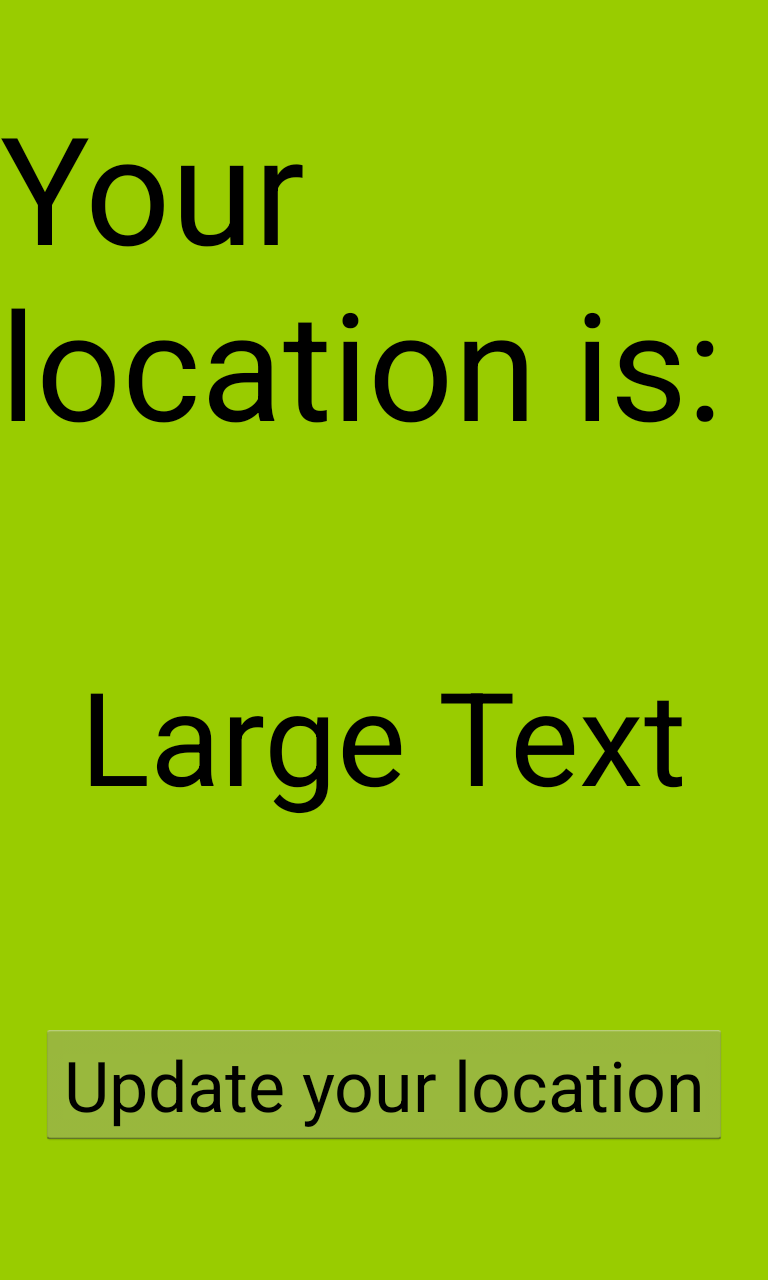
Repository: yasith/OnlyLocal
Layout: Only Local/res/layout/activity_start.xml
An editor plug-in stored every save of this project. The layout is shown before and after the next save, followed by the edit.
It is drawn on a 768 x 1280 px phone screen (xhdpi) without system bars, with theme AppTheme; the app's code is not run.

Above is the layout before, as saved 2012-07-25 17:50:43.

### Only Local/res/layout/activity_start.xml
<RelativeLayout xmlns:android="http://schemas.android.com/apk/res/android"
    xmlns:tools="http://schemas.android.com/tools"
    android:layout_width="match_parent"
    android:layout_height="match_parent"
    android:background="#99CC00" >

    <TextView
        android:id="@+id/textView1"
        android:layout_width="wrap_content"
        android:layout_height="wrap_content"
        android:layout_alignParentTop="true"
        android:layout_centerHorizontal="true"
        android:layout_marginTop="43dp"
        android:text="@string/loc"
        android:textAppearance="?android:attr/textAppearanceLarge"
        android:textSize="75dp" />

    <TextView
        android:id="@+id/textView2"
        android:layout_width="wrap_content"
        android:layout_height="wrap_content"
        android:layout_below="@+id/textView1"
        android:layout_centerHorizontal="true"
        android:layout_marginTop="93dp"
        android:text="Large Text"
        android:textAppearance="?android:attr/textAppearanceLarge"
        android:textSize="65dp" />

    <Button
        android:id="@+id/button1"
        android:layout_width="wrap_content"
        android:layout_height="wrap_content"
        android:layout_below="@+id/textView2"
        android:layout_centerHorizontal="true"
        android:layout_marginTop="100dp"
        android:textSize="35dp"
        android:onClick="updateLocation"
        android:text="@string/change" />

    <Button
        android:id="@+id/button2"
        android:layout_width="wrap_content"
        android:layout_height="wrap_content"
        android:layout_below="@+id/button1"
        android:layout_centerHorizontal="true"
        android:textSize="40dp"
        android:layout_marginTop="169dp"
        android:text="@string/search" />

</RelativeLayout>

### Only Local/res/values/strings.xml
<resources>

    <string name="app_name">Only Local</string>
    <string name="hello_world">Hello world!</string>
    <string name="menu_settings">Settings</string>
    <string name="title_activity_start">StartActivity</string>
    <string name="search">Find nearby Farmer\'s Markets!</string>
    <string name="loc">Your location is:</string>
    <string name="change">Update your location</string>

</resources>

Loaded but not shown: Only Local/res/values-v11/styles.xml (common file); Only Local/res/values-v14/styles.xml (common file); Only Local/res/values/styles.xml (common file)

After the next save:
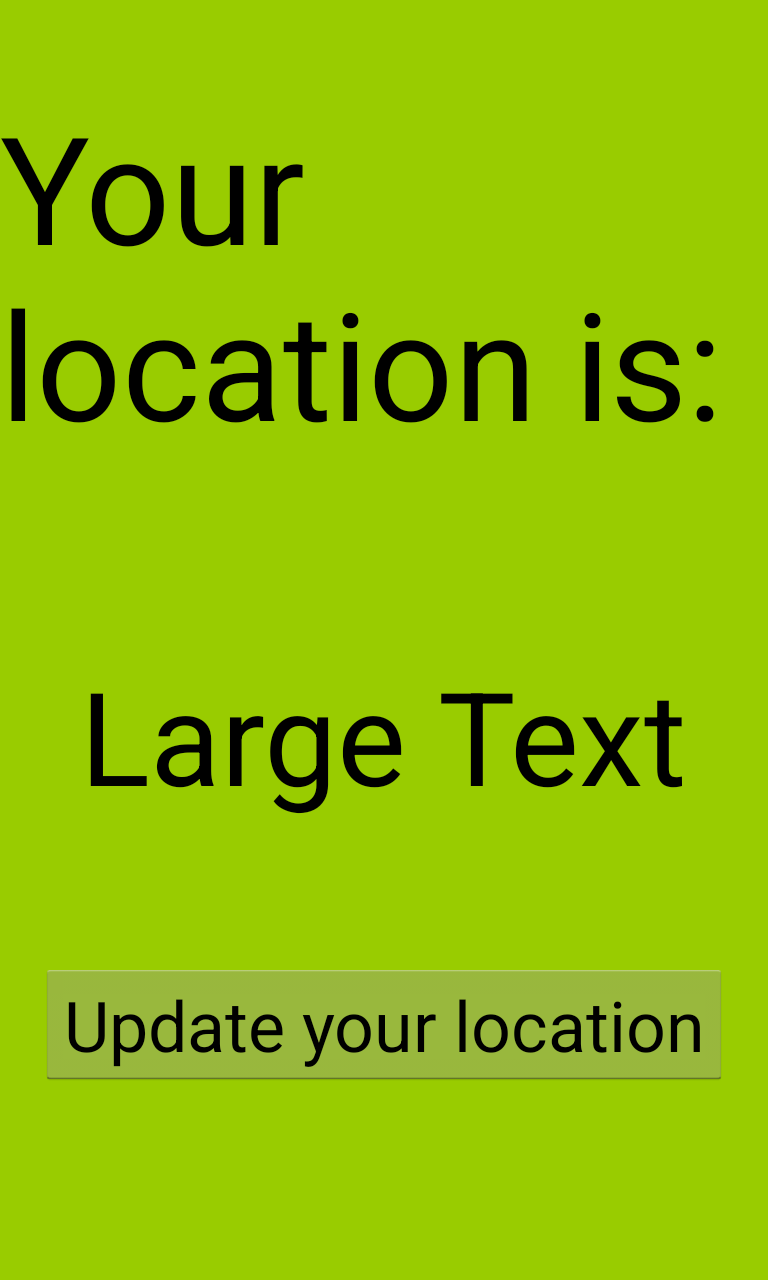
Saved 12 s later.
--- a/Only Local/res/layout/activity_start.xml
+++ b/Only Local/res/layout/activity_start.xml
@@ -32,7 +32,7 @@
         android:layout_height="wrap_content"
         android:layout_below="@+id/textView2"
         android:layout_centerHorizontal="true"
-        android:layout_marginTop="100dp"
+        android:layout_marginTop="70dp"
         android:textSize="35dp"
         android:onClick="updateLocation"
         android:text="@string/change" />
